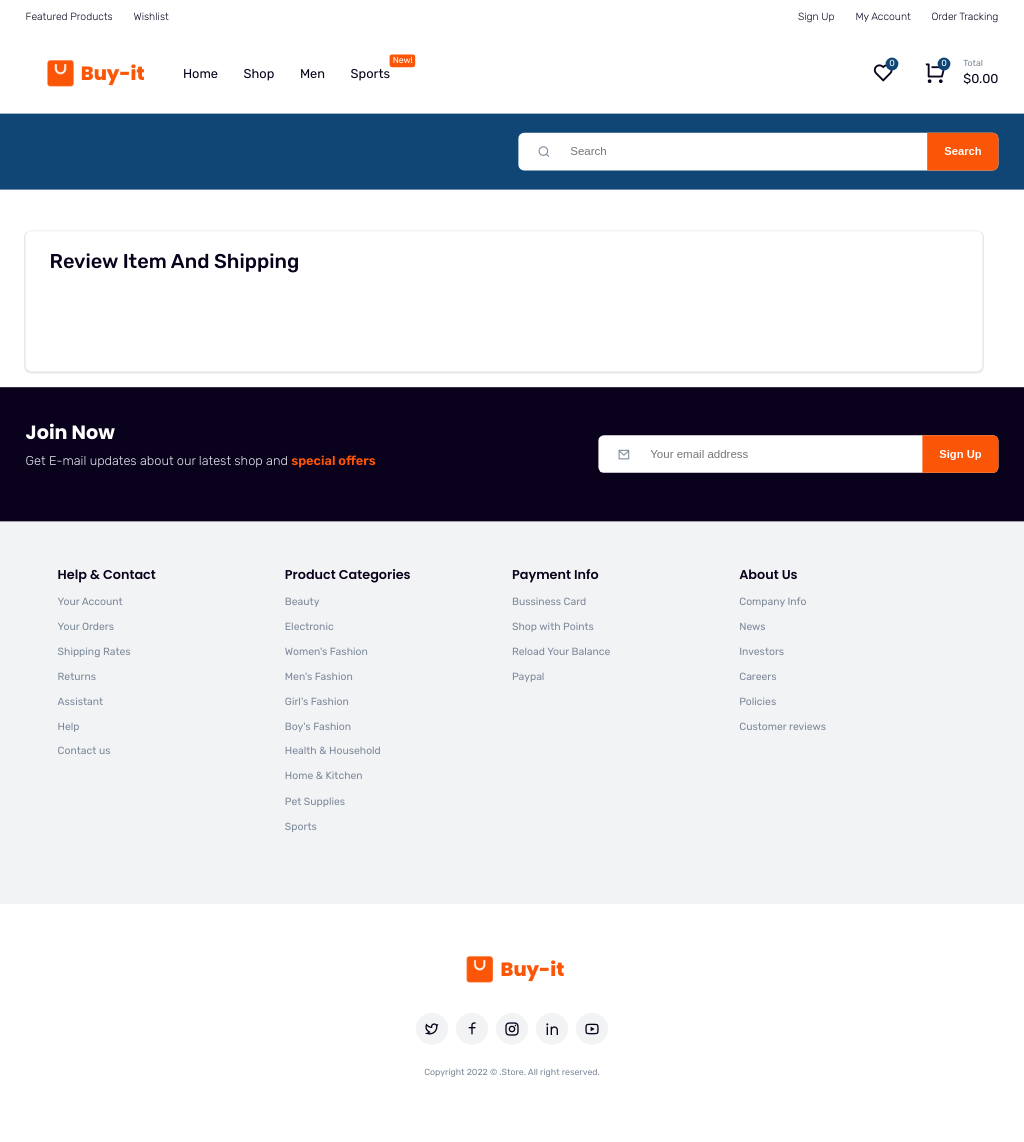
Repository: rahimmenadi/projectx
Page: src/html/ordertrack.html
These files come from the project's save history. The page is drawn as it stood at one moment and after the next save; the edit follows.
The browser window is 1280 px wide. The pictures show the whole page, at 80% of full size.
The page's requests for data from a server got no answer.

Above is the page before, as saved 2023-06-07 00:24:55.
Not found: src/css//

### src/html/ordertrack.html
<!DOCTYPE html>
<html lang="en">
<head>
    <meta charset="UTF-8">
    <meta http-equiv="X-UA-Compatible" content="IE=edge">
    <meta name="viewport" content="width=device-width, initial-scale=1.0">
    <title>Product details</title>
    <link rel="stylesheet" href="../css/cart.css">
    <link rel="stylesheet" href="../css//">
    <link href="https://cdn.jsdelivr.net/npm/remixicon@2.5.0/fonts/remixicon.css" rel="stylesheet">
    <link rel="stylesheet" href="https://cdn.jsdelivr.net/npm/swiper@8/swiper-bundle.min.css">
</head>
<body>
    <div id="page" class="site page-single">
        <aside class="site-off desktop-hide">
            <div class="off-canvas">
                <div class="canvas-head flexitem">
                    <div class="logo"><a href="./home.html"><img src="./assets/banner/logo54 1.png" alt=""></span>Buy-it</a></div>
                    <a href="#" class="t-close flexcenter"><i class="ri-close-line"></i></a>
                </div>
                <div class="departments"></div>
                <nav></nav>
                <div class="thetop-nav"></div>
            </div>
        </aside>
        <header>
            <div class="header-top mobile-hide">
                <div class="container">
                    <div class="wrapper flexitem">
                        <div class="left">
                            <ul class="flexitem main-links">

                                <li><a href="#">Featured Products</a></li>
                                <li><a href="#">Wishlist</a></li>
                            </ul>
                        </div>
                        <div class="right">
                            <ul class="flexitem main-links">
                                <li id="sign-up-home"><a href="#">Sign Up</a></li>
                                <li id="my-account-home"><a href="#">My Account</a></li>
                                <li><a href="#">Order Tracking</a></li>

                                </li>


                                </li>
                            </ul>
                        </div>
                    </div>
                </div>
            </div>
            <!-- header-top -->
            <div class="header-nav">
                <div class="container">
                    <div class="wrapper flexitem">
                        <a href="#" class="trigger desktop-hide"><span class="i ri-menu-2-line"></span></a>
                        <div class="left flexitem">
                            <div class="logo"><a href="./home.html"><img src="./assets/banner/logo54 1.png" alt=""></span>Buy-it</a></div>
                            <nav class="mobile-hide">
                                <ul class="flexitem second-links">
                                    <li><a href="./home.html">Home</a></li>
                                    <li><a href="#">Shop</a></li>

                                    <li><a href="#">Men</a></li>
                                    <li>
                                        <a href="#">Sports
                                            <div class="fly-item"><span>New!</span></div>
                                        </a>
                                    </li>
                                </ul>
                            </nav>
                        </div>
                        <div class="right">
                            <ul class="flexitem second-links">
                                <li id="wish-list-icon-home" class="mobile-hide"><a href="src/html/wishlist.html">
                                        <div class="icon-large"><i class="ri-heart-line"></i></div>
                                        <div class="fly-item"><span id="wishlist-number" class="item-number">0</span></div>
                                    </a></li>
                                <li><a  href="src/html/cart.html" class="iscart">

                                        <div class="icon-large">
                                            <i class="ri-shopping-cart-line"></i>
                                            <div class="fly-item"><span id="cart-number" class="item-number">0</span></div>
                                        </div>

                                        <div id="total-is-js" class="icon-text">

                                            <div class="mini-text">Total</div>
                                            <div id="total-cart-home" class="cart-total">$0.00</div>
                                        </div>
                                    </a></li>
                            </ul>
                        </div>
                    </div>
                </div>
            </div>
            <!-- header-nav -->

            <div class="header-main mobile-hide">
                <div class="container">
                    <div class="wrapper flexitem">
                        <div class="left">
                            <div id="categories-container" class="dpt-cat">

                            </div>
                        </div>
                        <div class="right">
                            <div class="search-box">
                                <form action="" id="myform" class="search">
                                    <span class="icon-large"><i class="ri-search-line"></i></span>
                                    <input id="searchis" type="search" placeholder="Search">
                                    <button id="search-btn" type="submit">Search</button>
                                </form>
                            </div>
                        </div>
                    </div>
                </div>
            </div>
            <!-- header-main -->

        </header>
        <!-- Header -->
        <main>
            <div class="panier-main">
                <div class="container">
                    <div class="section-all">
                        <div class="product-section">
                            <div class="main-text">Review Item And Shipping</div>
                        </header>
                        <div class="product-vertical">
                          <div class="container">



                          </div>
                        </div>
                            <div class="container" id="select-choice">
                                <div id="choice-1">

                                    <table class="product-table">
                                        <thead id="table-head-content">

                                        </thead>
                                        <tbody id="table-content-js">



                                        </tbody>
                                    </table>
                            </div>
                            <div id="choice-2">
                                <div class="section2">

                                    <div class="container" id="product-container-dash">



                                                            </div>
                                </div>
                            </div>
                            </div>
                        </div>
                        </div>

                    </div>

                </div>
            </div>
        </main>
        <!-- Main -->

        <footer>
            <div class="newsletter">
                <div class="container">
                    <div class="wrapper">
                        <div class="box">
                            <div class="content">
                                <h3>Join Now</h3>
                                <p>Get E-mail updates about our latest shop and <strong>special offers</strong></p>
                            </div>
                            <form action="" class="search">
                                <span class="icon-large"><i class="ri-mail-line"></i></span>
                                <input type="mail" placeholder="Your email address" required>
                                <button type="submit">Sign Up</button>
                            </form>
                        </div>
                    </div>
                </div>
            </div>
            <!-- newsletter -->

            <div class="widgets">
                <div class="container">
                    <div class="wrapper">
                        <div class="flexwrap">
                            <div class="row">
                                <div class="item mini-links">
                                    <h4>Help & Contact</h4>
                                    <ul class="flexcol">
                                        <li><a href="#">Your Account</a></li>
                                        <li><a href="#">Your Orders</a></li>
                                        <li><a href="#">Shipping Rates</a></li>
                                        <li><a href="#">Returns</a></li>
                                        <li><a href="#">Assistant</a></li>
                                        <li><a href="#">Help</a></li>
                                        <li><a href="#">Contact us</a></li>
                                    </ul>
                                </div>
                            </div>
                            <div class="row">
                                <div class="item mini-links">
                                    <h4>Product Categories</h4>
                                    <ul class="flexcol">
                                        <li><a href="#">Beauty</a></li>
                                        <li><a href="#">Electronic</a></li>
                                        <li><a href="#">Women's Fashion</a></li>
                                        <li><a href="#">Men's Fashion</a></li>
                                        <li><a href="#">Girl's Fashion</a></li>
                                        <li><a href="#">Boy's Fashion</a></li>
                                        <li><a href="#">Health & Household</a></li>
                                        <li><a href="#">Home & Kitchen</a></li>
                                        <li><a href="#">Pet Supplies</a></li>
                                        <li><a href="#">Sports</a></li>
                                    </ul>
                                </div>
                            </div>
                            <div class="row">
                                <div class="item mini-links">
                                    <h4>Payment Info</h4>
                                    <ul class="flexcol">
                                        <li><a href="#">Bussiness Card</a></li>
                                        <li><a href="#">Shop with Points</a></li>
                                        <li><a href="#">Reload Your Balance</a></li>
                                        <li><a href="#">Paypal</a></li>
                                    </ul>
                                </div>
                            </div>
                            <div class="row">
                                <div class="item mini-links">
                                    <h4>About Us</h4>
                                    <ul class="flexcol">
                                        <li><a href="">Company Info</a></li>
                                        <li><a href="">News</a></li>
                                        <li><a href="">Investors</a></li>
                                        <li><a href="">Careers</a></li>
                                        <li><a href="">Policies</a></li>
                                        <li><a href="">Customer reviews</a></li>
                                    </ul>
                                </div>
                            </div>
                        </div>
                    </div>
                </div>
            </div>
            <!-- widgets-->

            <div class="footer-info">
                <div class="container">
                    <div class="wrapper">
                        <div class="flexcol">
                            <div class="logo">
                                <a href="./home.html"><img src="./assets/banner/logo54 1.png" alt=""></span>Buy-it</a>
                            </div>
                            <div class="socials">
                                <ul class="flexitem">
                                    <li><a href="#"><i class="ri-twitter-line"></i></a></li>
                                    <li><a href="#"><i class="ri-facebook-line"></i></a></li>
                                    <li><a href="#"><i class="ri-instagram-line"></i></a></li>
                                    <li><a href="#"><i class="ri-linkedin-line"></i></a></li>
                                    <li><a href="#"><i class="ri-youtube-line"></i></a></li>
                                </ul>
                            </div>
                        </div>
                        <p class="mini-text">Copyright 2022 © .Store. All right reserved.</p>
                    </div>
                </div>
            </div>
        </footer>
        <!-- Footer -->

        <div class="menu-bottom desktop-hide">
            <div class="container">
                <div class="wrapper">
                    <nav>
                        <ul class="flexitem">
                            <li>
                                <a href="#">
                                    <i class="ri-bar-chart-line"></i>
                                    <span>Trending</span>
                                </a>
                            </li>
                            <li>
                                <a href="#">
                                    <i class="ri-user-6-line"></i>
                                    <span>Account</span>
                                </a>
                            </li>
                            <li>
                                <a href="#">
                                    <i class="ri-heart-line"></i>
                                    <span>Wishlist</span>
                                </a>
                            </li>
                            <li>
                                <a href="#0" class="t-search">
                                    <i class="ri-search-line"></i>
                                    <span>Search</span>
                                </a>
                            </li>
                            <li>
                                <a href="#0">
                                    <i class="ri-shopping-cart-line"></i>
                                    <span>Cart</span>
                                    <div class="fly-item">
                                        <span class="item-number" id="cart-number-one">0</span>
                                    </div>
                                </a>
                            </li>
                        </ul>
                    </nav>
                </div>
            </div>
        </div>
        <!-- menu bottom -->

        <div class="search-bottom desktop-hide">
            <div class="container">
                <div class="wrapper">
                    <form id="myformone" class="search">
                        <a href="#" class="t-close search-close flexcenter"><i class="ri-close-line"></i></a>

                            <span class="icon-large"><i class="ri-search-line"></i></span>
                            <input id="searchisis" type="search" placeholder="Search for products">
                            <button onclick="searchclick()"  id="searchis-btn" type="submit">Search</button>

                    </form>
                </div>
            </div>
        </div>
        <!-- search bottom -->

        <div class="overlay"></div>
    </div>
    <script src="https://cdn.jsdelivr.net/npm/swiper@8/swiper-bundle.min.js"></script>
    <script src="https://cdnjs.cloudflare.com/ajax/libs/fslightbox/3.3.1/index.js"></script>
    <script src="https://cdn.jsdelivr.net/npm/axios/dist/axios.min.js"></script>
    <script src="https://unpkg.com/axios/dist/axios.min.js"></script>
</body>
<script src="https://cdn.jsdelivr.net/npm/axios/dist/axios.min.js"></script>
<script src="https://unpkg.com/axios/dist/axios.min.js"></script>


<script src="https://code.jquery.com/jquery-3.6.0.min.js"></script>

<script>

const token = localStorage.getItem("token")
console.log(token);

let productList = [];
function sendProductId(k){
    localStorage.setItem('orderIdUser',orderslist[k]._id);

    window.location.assign('..//html/userdelivreytrack.html');
}
//display product
function displayorders(ordering){
    if(ordering=="asc"){
        console.log("shit")
        let table='';
        for (let i=0 ; i < orderslist.length; i++) {
            table = table +`
            <div onclick="sendProductId(${i})" class="items">
                <div class="img img1">
                    <img
                        src="${orderslist[i].cartItems[0].product.imageCover}"
                        alt=""
                    />
                </div>
                <div class="name">${orderslist[i].cartItems[0].product.title}</div>
                <div class="info">
                ${orderslist[i].createdAt}
                </div>
                <div class="foot-items">
                    <div class="prices">
                        <div class="price">${orderslist[i].totalOrderPrice}.99 USD</div>
                        <div class="price">City: ${orderslist[i].shippingAddress.city}</div>
                     <div class="price">Phone: ${orderslist[i].shippingAddress.phone}</div>



                    </div>

                </div>

            </div>
            `;

        document.getElementById('product-container-dash').innerHTML = table;

        }



    }else if(ordering=="des"){
        console.log("hi in tow")
        let table='';
        for (let i=0 ; i < orderslist.length; i++) {
            table = `
            <div class="items">
                <div class="img img1">
                    <img
                        src="${orderslist[i].cartItems[0].product.imageCover}"
                        alt=""
                    />
                </div>
                <div class="name">${orderslist[i].title}</div>
                <div class="info">
                ${orderslist[i].description} lkdfsjlfddsafsdfadfasdfasdsdfsd
                </div>
                <div class="foot-items">
                    <div class="prices">
                        <div class="price">${orderslist[i].priceAfterDiscount}.99 USD</div>
                        <div class="old-price">${orderslist[i].totalOrderPrice} USD</div>
                    </div>
                    <div class="review">
                        <div class="review-is">${orderslist[i].ratingAverage}</div>
                        <img class="start-img" src="/star.png" alt="">

                    </div>
                </div>

            </div>
            ` + table;

        document.getElementById('product-container-dash').innerHTML = table;

        }



    }


}

//topper



// Define the Product class
// class Product {
//     constructor(name, category, review, link, img, description, quantity, price, oldPrice) {
//       this.name = name;
//       this.category = category;
//       this.review = review;
//       this.link = link;
//       this.img = img;
//       this.description = description;
//       this.quantity = quantity;
//       this.price = price;
//       this.oldPrice = oldPrice;
//     }
//   }



  axios.get('https://buy-it-sigma.herokuapp.com/api/v1/orders', {
    headers: {
        Authorization: `Bearer ${token}`
      }})
  .then(response => {
    orderslist = response.data.data;

console.log(response.data.data)
    displayorders("asc");
  })
  .catch(error => {
    console.log(error)
  });


// console.log(productList)

{/* <div class="items">
                                <div class="img img1">
                                    <img
                                        src="https://images.pexels.com/photos/1464625/pexels-photo-1464625.jpeg?auto=compress&cs=tinysrgb&dpr=2&h=650&w=940"
                                        alt=""
                                    />
                                </div>
                                <div class="name">SHOES</div>
                                <div class="info">
                                    Lorem ipsum dolor sit amet consectetur.sdfsdfasd sadf adsf ads fa dsf asd dasfk;k; ;ok;lk;jljlhkjh kjhk hk hk jh kjh kjhk jh
                                </div>
                                <div class="price">48 USD</div>
                                <div class="old-price">55 USD</div>
                                <div class="review">
                                    <div class="review-is">4.8</div>
                                    <img class="start-img" src="star.png" alt="">

                                </div>

                            </div> */}

</script>
</html>

Loaded but not shown: src/css/cart.css (4086 lines, source omitted); src/css/orders.css (1357 lines, source omitted)

After the next save:
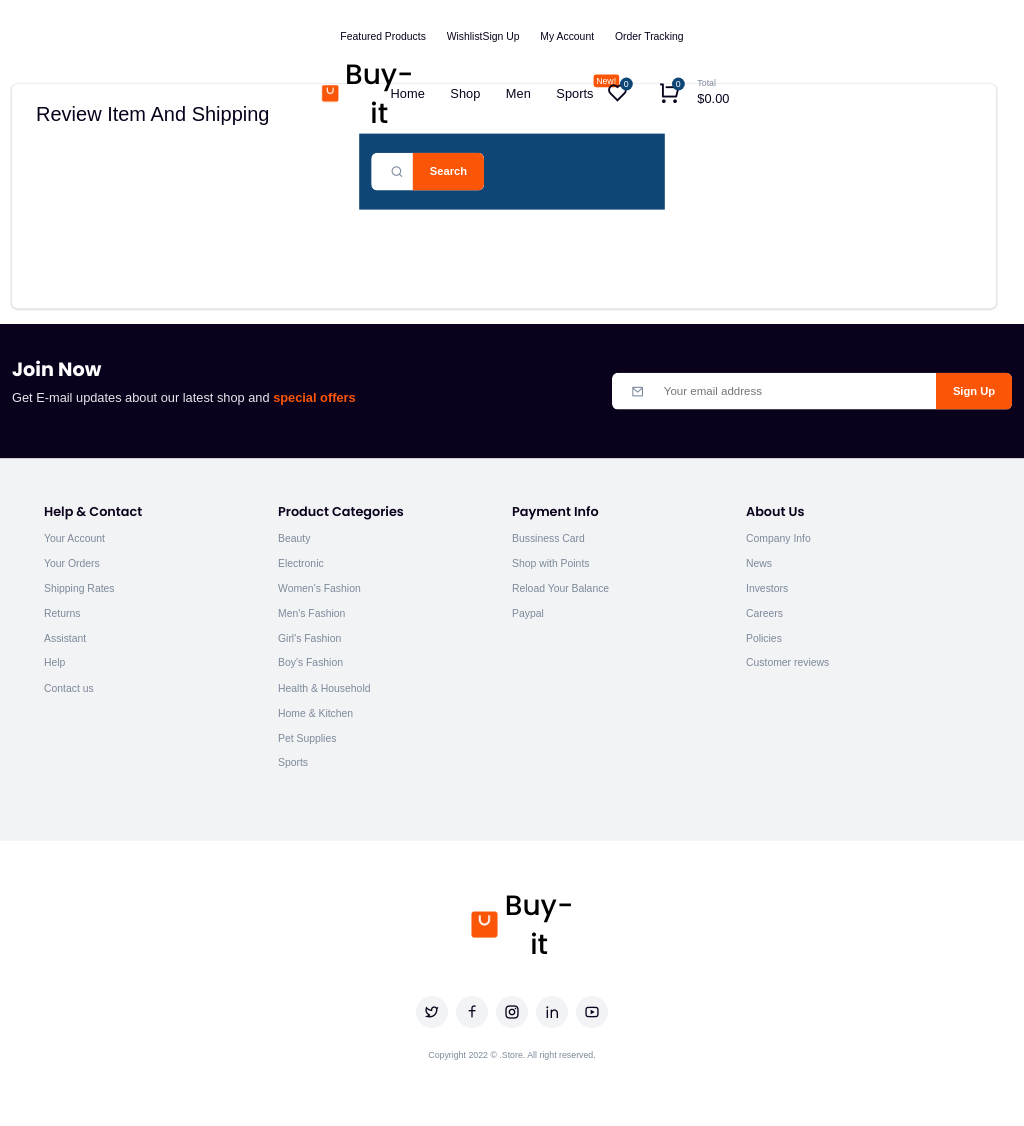
Saved 5 s later.
--- a/src/html/ordertrack.html
+++ b/src/html/ordertrack.html
@@ -6,7 +6,7 @@
     <meta name="viewport" content="width=device-width, initial-scale=1.0">
     <title>Product details</title>
     <link rel="stylesheet" href="../css/cart.css">
-    <link rel="stylesheet" href="../css//">
+    <link rel="stylesheet" href="../css/orders.css">
     <link href="https://cdn.jsdelivr.net/npm/remixicon@2.5.0/fonts/remixicon.css" rel="stylesheet">
     <link rel="stylesheet" href="https://cdn.jsdelivr.net/npm/swiper@8/swiper-bundle.min.css">
 </head>
